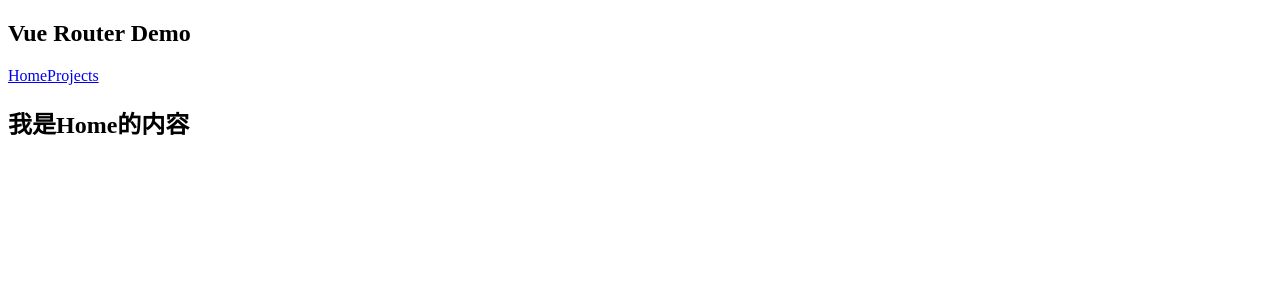
Repository: WAY-C/JSCodes
Page: / (app in Vue/25路由案例/count/)
The author's editor kept a copy of each file at every save. The page is drawn from the files as they stood at one save, then again after the next save.
The browser window is 1280 px wide. The pictures show the whole page.
The project was rebuilt for these pictures with package versions that can differ from the ones it lists, and the page was loaded fresh each time. Imported but missing from the stored project, and not drawn on this page: Vue/25路由案例/count/src/components/Count, Vue/25路由案例/count/src/components/Home, Vue/25路由案例/count/src/components/Projects.

Above is the page before, as saved 2021-10-06 19:54:28.

After the next save:
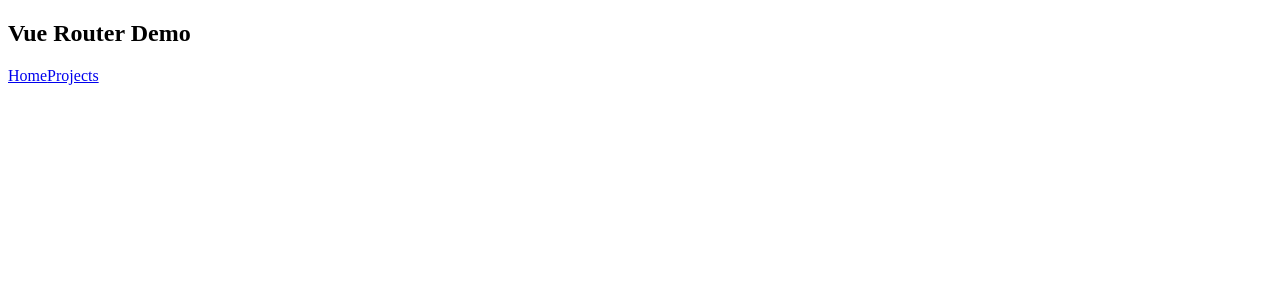
Saved 63 s later.
--- a/Vue/25路由案例/count/src/App.vue
+++ b/Vue/25路由案例/count/src/App.vue
@@ -24,7 +24,7 @@
       <div class="col-xs-6">
         <div class="panel">
           <div class="panel-body">
-            <h2>我是Home的内容</h2>
+            <router-view></router-view>
           </div>
         </div>
       </div>
